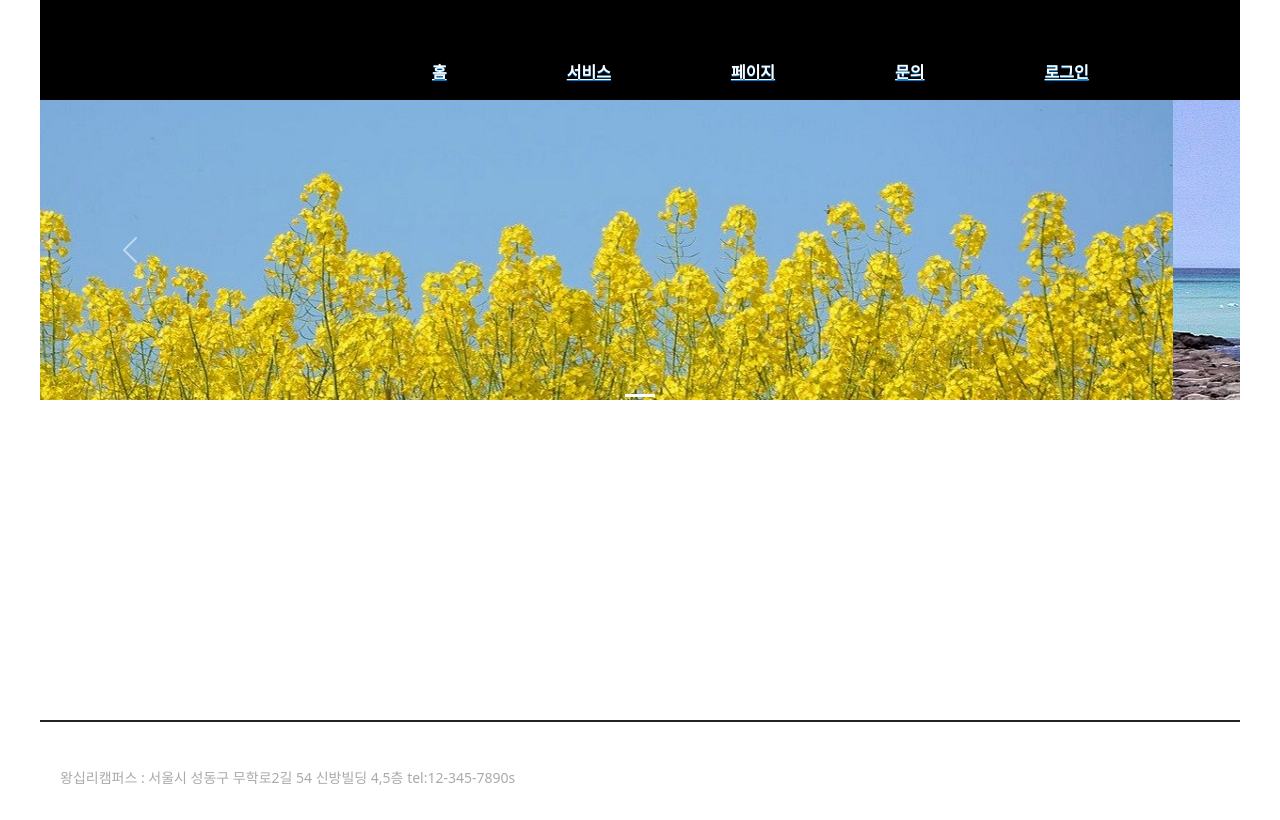
Repository: bjkim247/webproject
Page: webproject/jsptest/src/main/webapp/index.html
The author's editor kept a copy of each file at every save. The page is drawn from the files as they stood at one save, then again after the next save.
The browser window is 1280 px wide. The pictures show the whole page.
Some web fonts or font styles are not loaded; a fallback is used.

Above is the page before, as saved 2023-12-04 07:50:32.

After the next save:
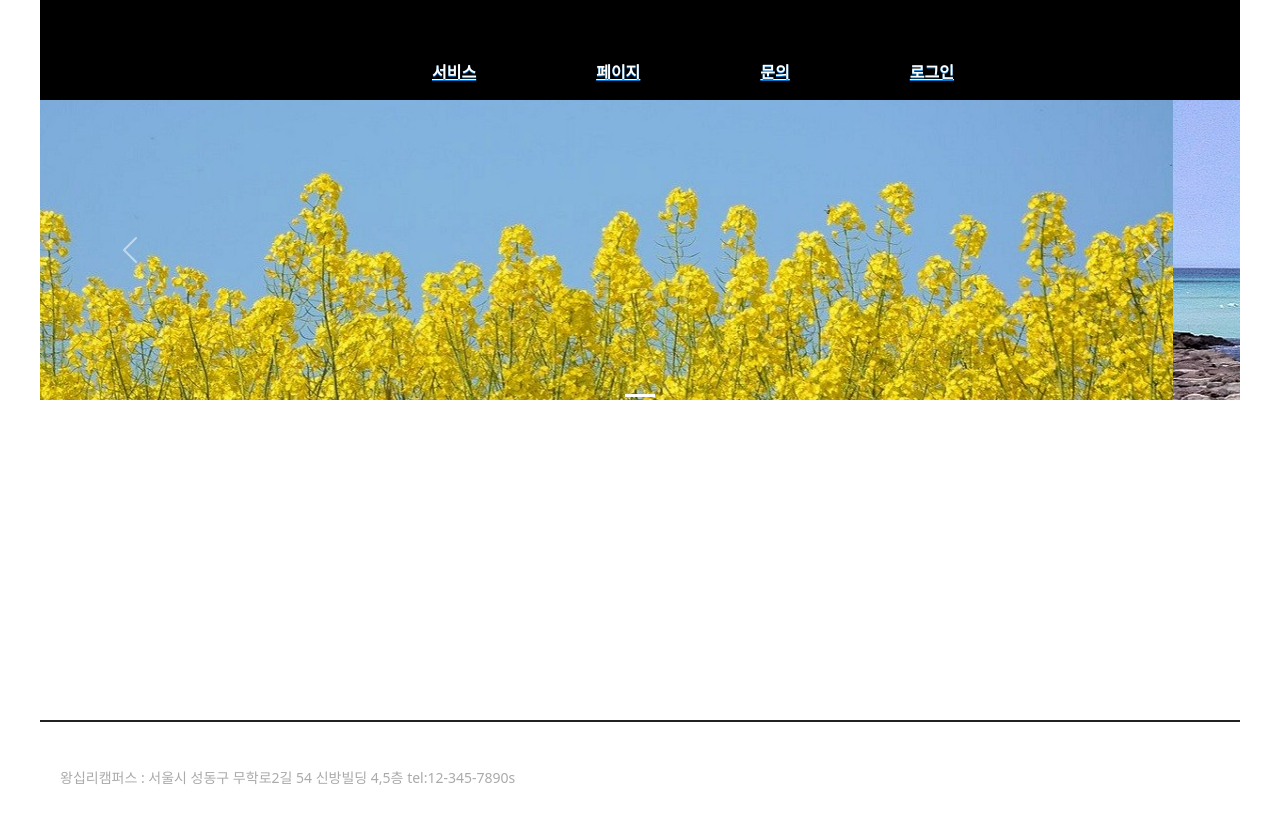
Saved 35 s later.
--- a/webproject/jsptest/src/main/webapp/index.html
+++ b/webproject/jsptest/src/main/webapp/index.html
@@ -18,7 +18,7 @@
  <nav>
  <ul id="topMenu">
 
-    <li><a href="#">홈</a></li>
+
     <li><a href="#">서비스</a></li>
     <li><a href="#">페이지</a></li>
     <li><a href="#">문의</a></li>
